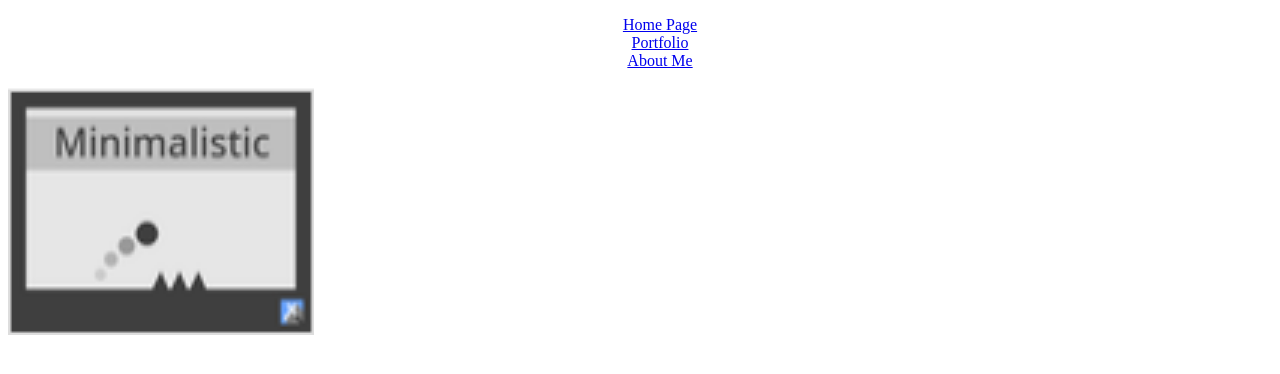
Repository: bluesyrupshed/bluesyrupshed.github.io
Page: portfolio.html
The author's editor kept a record of every edit. The page is drawn from the files as they stood at one moment, then again after the next edit.
The browser window is 1280 px wide. The pictures show the whole page.

Above is the page before.

After the next edit:
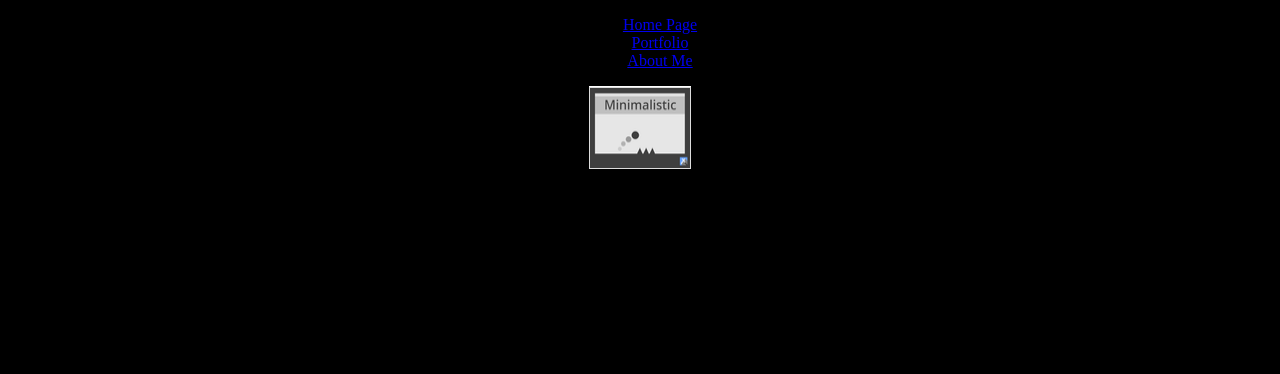
The edit:
--- a/portfolio.html
+++ b/portfolio.html
@@ -2,6 +2,7 @@
 <html>
     <head>
         <title>My Portfolio</title>
+        <link rel="stylesheet" href="./styles/portfolio.css">
         <style>
         li {display: inline;padding-right: 5px;}
         </style>
